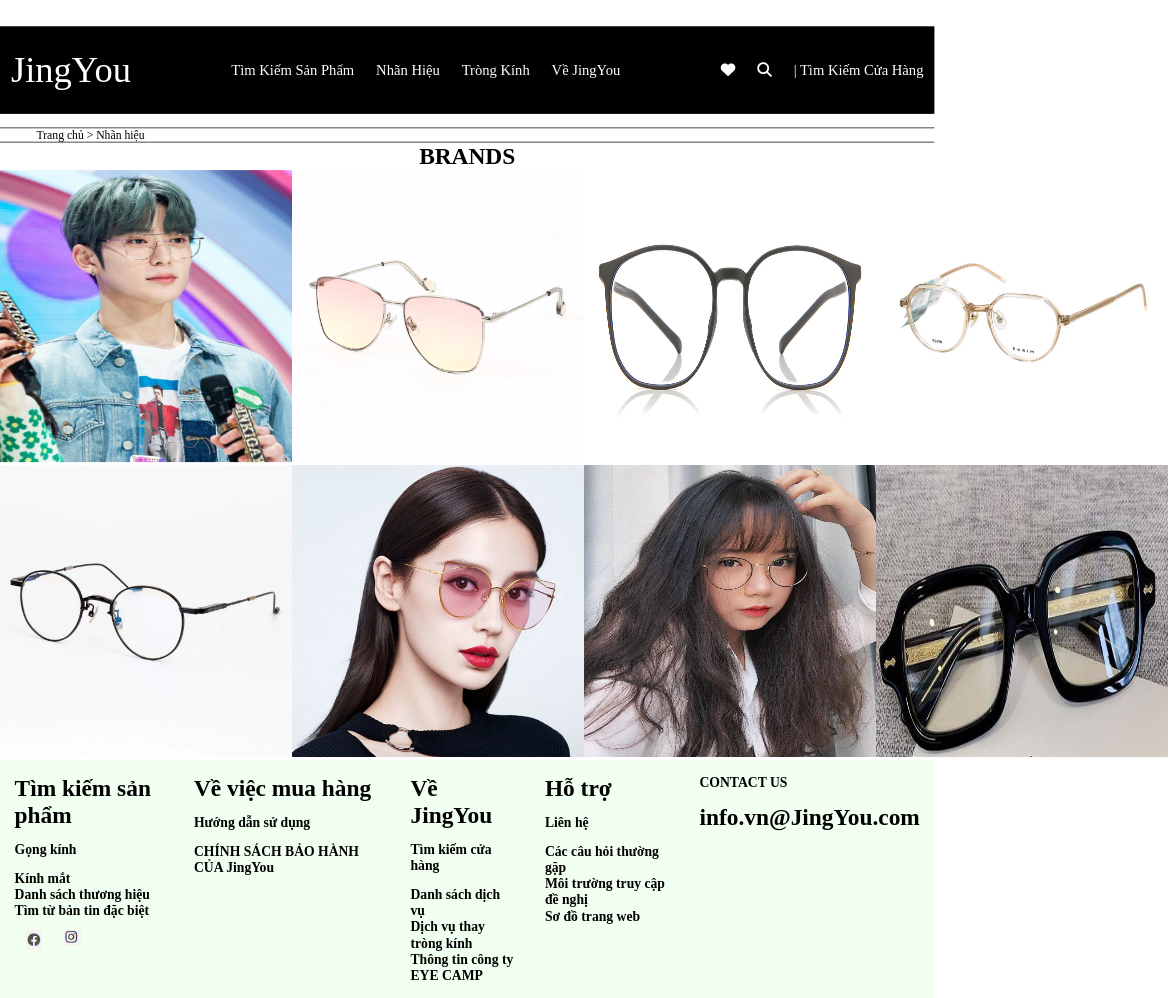
Repository: Cupid123588/Assignment
Page: bt2.html
These files come from the project's save history. The page is drawn as it stood at one moment and after the next save; the edit follows.
The browser window is 1280 px wide. The page is 1600 px wide, so the pictures cover 1600 px, including what lies to the right of the window. The pictures show the whole page, at 73% of full size.

Above is the page before, as saved 2022-10-19 04:26:07.

After the next save:
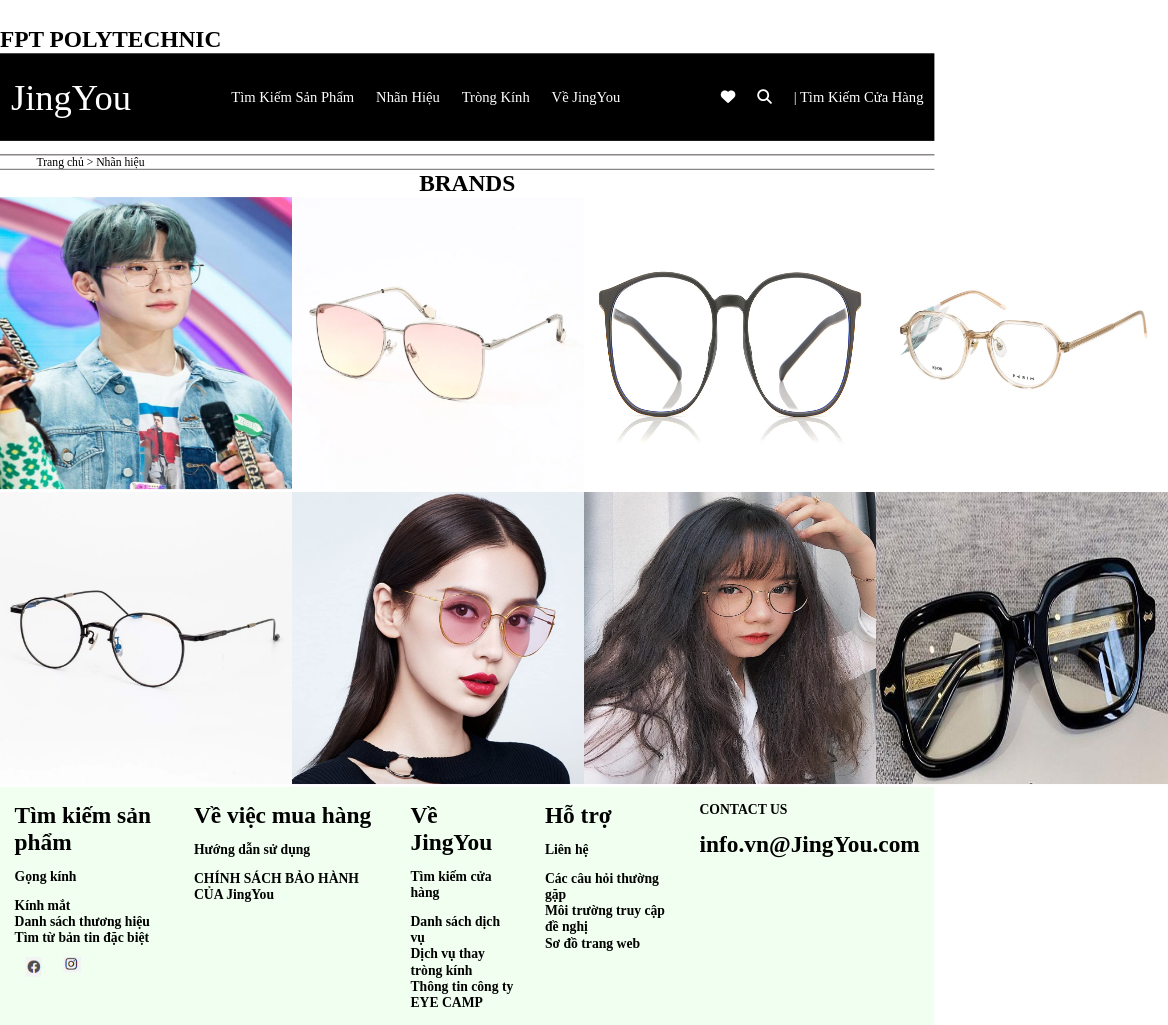
Saved 7 min 49 s later.
--- a/bt2.html
+++ b/bt2.html
@@ -13,6 +13,11 @@
 
 <br>
 <div>
+    <header>
+        <div class="company-info">
+            <h1><span class="one">FPT P</span>OLYTECHNIC</h1>
+        </div>
+    </header>
     <nav class="menu">
         <div>
 

After the save that followed:
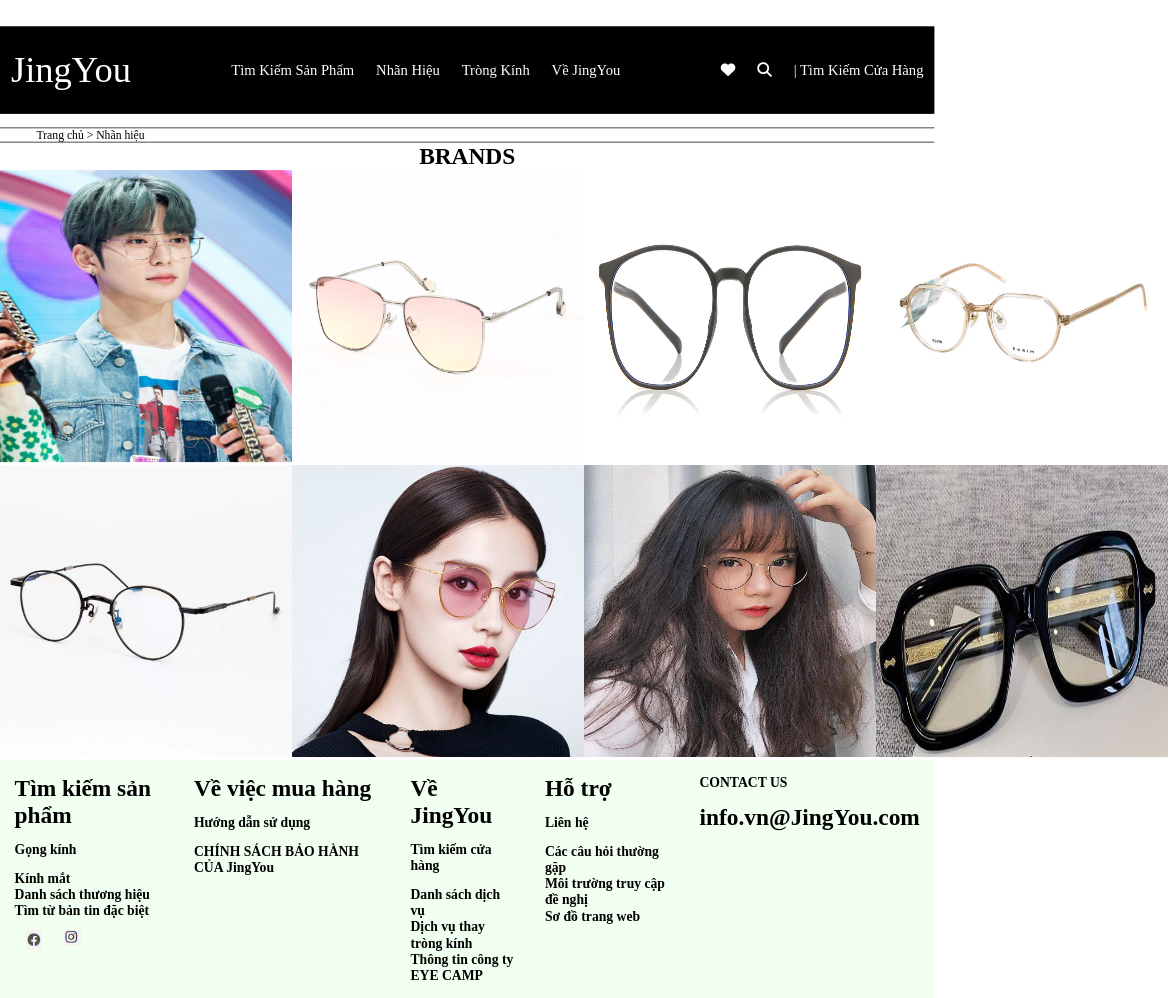
Saved 48 s later.
--- a/bt2.html
+++ b/bt2.html
@@ -13,11 +13,7 @@
 
 <br>
 <div>
-    <header>
-        <div class="company-info">
-            <h1><span class="one">FPT P</span>OLYTECHNIC</h1>
-        </div>
-    </header>
+
     <nav class="menu">
         <div>
 
